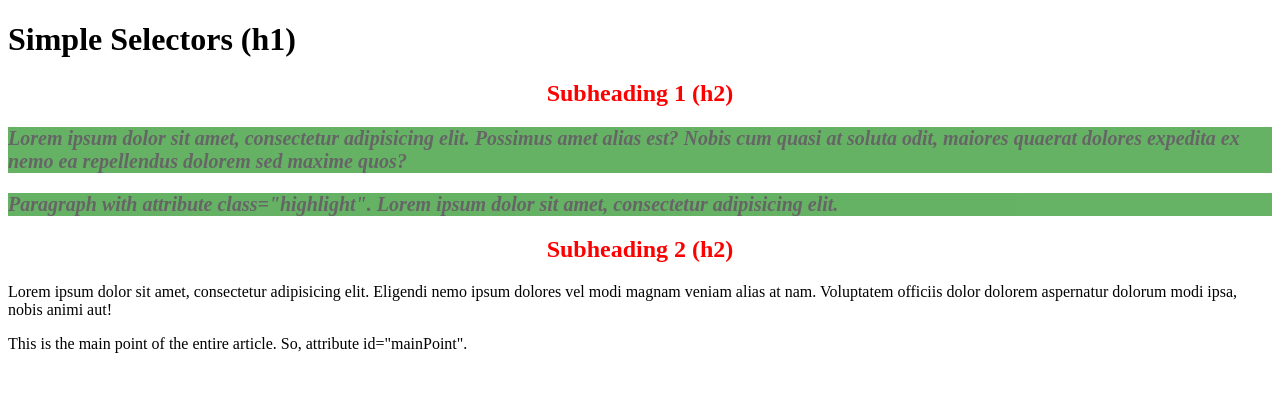
Repository: Aakarshit-Sharma19/Basic-HTML-and-CSS-Page-
Page: test.html
An editor plug-in stored every save of this project. The page is shown before and after a run of saves, followed by the edit.
The browser window is 1280 px wide. The pictures show the whole page.

Above is the page before, as saved 2020-11-08 10:12:55.

After the next 2 saves:
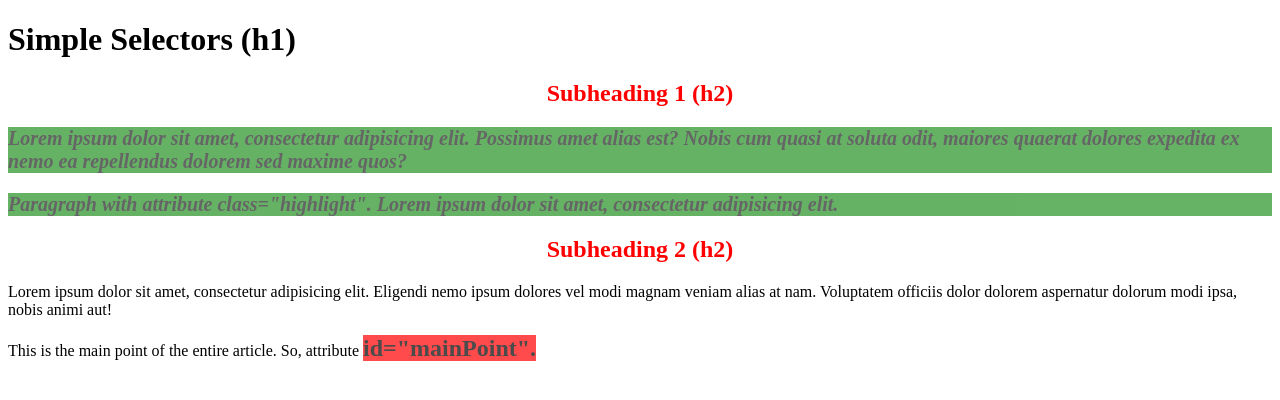
The 2 saves are shown as one change because they came seconds apart.
The last was saved 50 s later.
--- a/test.html
+++ b/test.html
@@ -22,7 +22,7 @@
     }
 
     /* element with id="mainPoint" */
-    .mainPoint {
+    #mainPoint {
       font-size: 24px;
       font-weight: bold;
       background-color: red;
